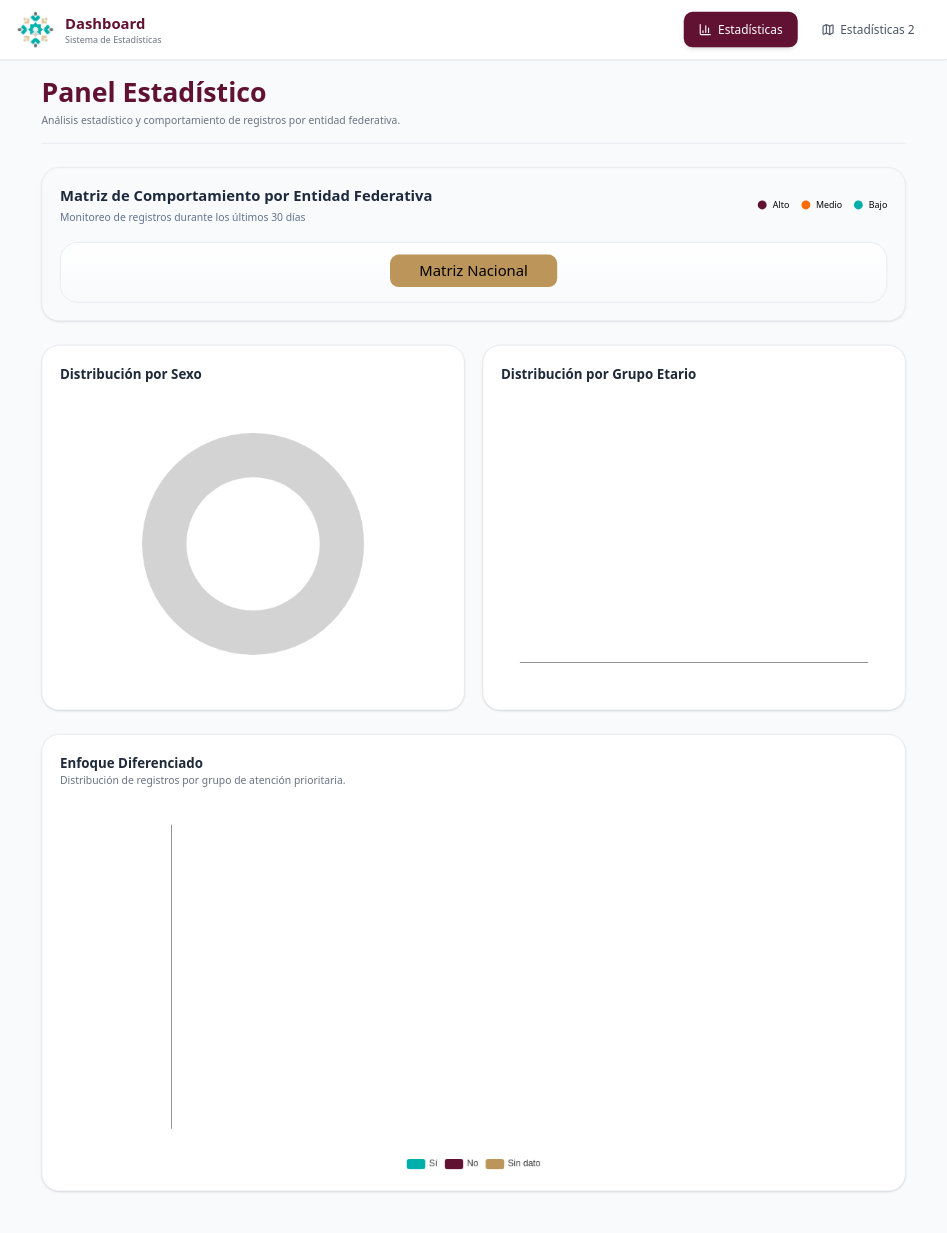
Repository: jesus890/semaforo-cinepolis
Page: /estadisticas
These files come from the project's save history. The page is drawn as it stood at one moment and after the next save; the edit follows.
The browser window is 1280 px wide. The pictures show the whole page, at 74% of full size.
The page's requests for data from a server got no answer. The project was rebuilt for these pictures with package versions that can differ from the ones it lists, and the page was loaded fresh each time. No one was signed in, and anything a server would have sent is missing. Also part of the build but not shown: vite.config.ts, src/pages/EstadisticasDosPage.tsx.

Above is the page before, as saved 2026-06-04 13:45:07.

### index.html
<!doctype html>
<html lang="en">
  <head>
    <meta charset="UTF-8" />
    <link rel="icon" type="image/svg+xml" href="/favicon.svg" />
    <meta name="viewport" content="width=device-width, initial-scale=1.0" />
    <title>Estadistica Alertamiento | RNPNDO</title>
  </head>
  <body>
    <div id="root"></div>
    <script type="module" src="/src/main.tsx"></script>
  </body>
</html>

### src/App.tsx
import AppRouter from "./router/AppRouter";

function App() {
    return <AppRouter />;
}

export default App;

### src/router/AppRouter.tsx
import {BrowserRouter,Routes,Route,Navigate,} from "react-router-dom";

import DashboardLayout from "../layouts/DashboardLayout";
import EstadisticasPage from "../pages/EstadisticaPage";
import EstadisticasDosPage from "../pages/EstadisticasDosPage";



export default function AppRouter() {

    return (
        <BrowserRouter>
            <Routes>
                <Route path="/" element={<DashboardLayout/>}>
                    <Route index element={<Navigate to="/estadisticas"/>}/>
                    <Route path="estadisticas" element={<EstadisticasPage />}/>
                    <Route path="estadisticas-2" element={<EstadisticasDosPage />}/>
                </Route>
            </Routes>
        </BrowserRouter>
    );
}

### src/layouts/DashboardLayout.tsx
import { Outlet } from "react-router-dom";

import Header from "../components/Dashboard/navigation/Header";

export default function DashboardLayout() {

    return (
        <div className="min-h-screen bg-slate-50">
            <Header />
            <main className="p-6">
                <Outlet />
            </main>
        </div>

    );
}

### src/components/Dashboard/navigation/Header.tsx
import { NavLink } from "react-router-dom";

import { BarChart3, Map, } from "lucide-react";
import logoSystem from "../../../assets/CNB.png";

export default function Header() {

    const menu = [
        {
            label: "Estadísticas",
            icon: BarChart3,
            path: "/estadisticas",
        },
        {
            label: "Estadísticas 2",
            icon: Map,
            path: "/estadisticas-2",
        },
    ];

    return (

        <header className="sticky top-0 z-50 bg-white border-b border-gray-200 shadow-sm">

            <div className="h-20 px-6 flex items-center justify-between max-w-[1800px] mx-auto">

                {/* Logo */}
                <div className="flex items-center gap-4">

                    <img src={logoSystem} alt="Logo" className="h-12 w-auto object-contain" />

                    <div>

                        <h1 className="text-xl font-bold text-[#611232]">
                            Dashboard
                        </h1>

                        <p className="text-xs text-gray-500">
                            Sistema de Estadísticas
                        </p>

                    </div>

                </div>

                {/* Menú */}
                <nav className="flex items-center gap-3">

                    {menu.map((item) => {

                        const Icon = item.icon;

                        return (

                            <NavLink
                                key={item.path}
                                to={item.path}
                                className={({
                                    isActive,
                                }) =>
                                    `
                                    flex
                                    items-center
                                    gap-2
                                    px-5
                                    py-3
                                    rounded-xl
                                    font-medium
                                    transition-all

                                    ${isActive
                                        ? "bg-[#611232] text-white shadow-md"
                                        : "text-gray-600 hover:bg-gray-100"
                                    }
                                `
                                }
                            >

                                <Icon
                                    size={18}
                                />

                                {item.label}

                            </NavLink>
                        );
                    })}

                </nav>

            </div>

        </header>
    );
}

### src/components/Dashboard/heatmap/HeatmapTable.tsx
import { useMemo } from "react";

import type { HeatmapRow } from "../../../types/dashboard.types";

interface Props {
    rows: HeatmapRow[];
    level: "estado" | "municipio";
    onRowClick?: (estadoId: number) => void;
    onCellClick?: (
        data: {
            estadoId: number;
            municipioId: number;
            fecha: string;
        }
    ) => void;
}

export default function HeatmapTable({ rows, level, onRowClick, onCellClick, }: Props) {

    const dates = useMemo(() => {
        if (!rows.length) return [];

        return rows[0].values.map(
            value => value.day
        );
    }, [rows]);

    const getColor = (estatus: string) => {
        switch (estatus?.toLowerCase()) {
            case "rojo":
                return "bg-[#611232]";
            case "naranja":
                return "bg-orange-500";
            case "verde":
                return "bg-[#00AFAA]";
            default:
                return "bg-slate-200";
        }
    };

    return (
        <div className="overflow-auto rounded-3xl border border-slate-200 bg-gradient-to-b from-white to-slate-50 p-4">

            {
                level == "estado" ? (
                    <div className="flex justify-center">
                        <div className="bg-[#BC955B] px-10 py-2 rounded-xl">
                            <p className="text-semibold text-xl" >Matriz Nacional</p>
                        </div>
                    </div>
                ) : (
                    <p></p>
                )
            }

            <table className="border-separate min-w-max">

                <thead>
                    <tr>
                        <th className="sticky left-0 z-20 min-w-[240px]"></th>

                        {dates.map(date => (

                            <th
                                key={date}
                                className="h-28 min-w-[42px] align-bottom"
                            >

                                <div className="-rotate-45 origin-bottom-left whitespace-nowrap text-[10px] font-medium text-slate-500">
                                    {date}
                                </div>

                            </th>

                        ))}

                    </tr>

                </thead>

                <tbody className="divide-y divide-slate-100">

                    {rows.map(row => (

                        <tr key={row.id} className="border-b border-slate-100">

                            <td className="sticky left-0 z-10 bg-white pr-4">

                                <button
                                    onClick={() => onRowClick?.(row.estadoId)}
                                    className="group flex tems-center gap-3 text-left transition-all cursor-pointer"
                                >
                                    <div className="h-2.5 w-2.5 rounded-full bg-[#000]" />
                                    <span className="text-sm font-semibold text-slate-700 group-hover:text-[#611232]">
                                        {row.name}
                                    </span>

                                </button>

                            </td>

                            {row.values.map(
                                value => (

                                    <td
                                        key={value.day}
                                    >

                                        <button
                                            onClick={() =>
                                                onCellClick?.({ estadoId: value.estadoId, municipioId: value.municipioId, fecha: value.day })
                                            }
                                            title={`${value.total} registros`}
                                            className={`
                                                flex
                                                h-8
                                                w-8
                                                items-center
                                                justify-center
                                                rounded-xl
                                                text-[11px]
                                                font-semibold
                                                text-white
                                                transition-all
                                                duration-200
                                                hover:scale-110
                                                hover:shadow-xl
                                                hover:ring-2
                                                hover:ring-offset-2
                                                hover:ring-[#611232]
                                                cursor-pointer
                                                ${getColor(value.estatus)}
                                            `}
                                        >
                                            {value.total > 0
                                                ? value.total
                                                : ""}
                                        </button>

                                    </td>

                                )
                            )}

                        </tr>

                    ))}

                </tbody>

            </table>

        </div>
    )

}

### src/components/Dashboard/charts/SexoChart.tsx
import ReactECharts from "echarts-for-react";
import { Colors } from "../../../constants/colors";

interface SexoItem {
    categoria: string;
    total: number;
}

interface Props {
    sexo?: SexoItem[];
}

export default function SexoChart({ sexo = [] }: Props) {

    const getColor = (categoria: string) => {

        switch (categoria.toUpperCase()) {

            case "HOMBRE":
                return Colors.rojito;

            case "MUJER":
                return Colors.verdecito;

            default:
                return Colors.oro;
        }
    };

    const data = sexo.map(item => ({
        value: item.total,
        name:
            item.categoria.charAt(0) +
            item.categoria.slice(1).toLowerCase(),

        itemStyle: {
            color: getColor(item.categoria),
        },
    }));

    const option = {
        tooltip: {
            trigger: "item",
        },

        legend: {
            bottom: 0,
        },

        series: [
            {
                type: "pie",
                radius: ["45%", "75%"],

                label: {
                    formatter: "{b}\n{c}",
                },

                data,
            },
        ],
    };

    return (
        <ReactECharts
            option={option}
            style={{
                height: "400px",
            }}
        />
    );
}

### src/services/dashboard.service.ts
import { apiRequest } from "../lib/api";
import { axiosInstance } from "../lib/axios";

export const GetEntidadesByAlertaTable = () =>
    apiRequest<any>(
        axiosInstance.get(`/api/Alertas`)
    );

export const GetEntidadesByAlertaTableEstado = (idEstado: any) =>
    apiRequest<any>(
        axiosInstance.get(`/api/Alertas/alertas-entidad`, {
            params: {
                idEstado,
            },
        })
    );

export const GetTotalesIncremento = (estado_id: any, municipio_id: any) =>
    apiRequest<any>(
        axiosInstance.get(`/api/Alertas/incremento-desaparecidos`)
    );

### src/components/Dashboard/charts/EdadChart.tsx
import ReactECharts from "echarts-for-react";
import { Colors } from "../../../constants/colors";

interface GrupoEtarioItem {
  categoria: string;
  total: number;
}

interface Props {
  grupoEtario?: GrupoEtarioItem[];
}

export default function EdadChart({
  grupoEtario = [],
}: Props) {

  const getColor = (
    categoria: string
  ) => {

    switch (
    categoria.toUpperCase()
    ) {

      case "MENOR DE EDAD":
        return Colors.verdecito;

      case "MAYOR DE EDAD":
        return Colors.rojito;

      case "ADULTO MAYOR":
        return Colors.oro;

      default:
        return "#4F46E5";
    }
  };

  const categories =
    grupoEtario.map(
      item => item.categoria
    );

  const data =
    grupoEtario.map(
      item => ({
        value: item.total,

        itemStyle: {
          color: getColor(
            item.categoria
          ),
        },
      })
    );

  const option = {
    tooltip: {
      trigger: "axis",
    },

    grid: {
      left: "5%",
      right: "5%",
      bottom: "10%",
      containLabel: true,
    },

    xAxis: {
      type: "category",

      data: categories,

      axisLabel: {
        interval: 0,
        rotate: 0,
      },
    },

    yAxis: {
      type: "value",
    },

    series: [
      {
        type: "bar",

        barWidth: 70,

        borderRadius: [
          8,
          8,
          0,
          0,
        ],

        data,
      },
    ],
  };

  return (
    <ReactECharts
      option={option}
      style={{
        height: "400px",
      }}
    />
  );
}

### src/components/Dashboard/charts/EnfoqueChart.tsx
import ReactECharts from "echarts-for-react";
import { Colors } from "../../../constants/colors";

interface EnfoqueDetalle {
  categoria: string;
  total: number;
}

interface EnfoqueItem {
  grupo: string;
  detalle: EnfoqueDetalle[];
}

interface Props {
  enfoqueDiferenciado?: EnfoqueItem[];
}

export default function EnfoqueChart({
  enfoqueDiferenciado = [],
}: Props) {

  const normalize = (
    value: string
  ) => {

    const v =
      value
        ?.trim()
        .toUpperCase();

    if (v === "SI")
      return "SI";

    if (v === "NO")
      return "NO";

    return "SIN DATO";
  };

  const groups =
    enfoqueDiferenciado.map(
      item => {

        switch (
        item.grupo
        ) {

          case "TIENEDISCAPACIDAD":
            return "Discapacidad";

          case "HABLAESPANIOL":
            return "Habla Español";

          case "LENGUA":
            return "Lengua";

          case "ESMIGRANTE":
            return "Migrante";

          default:
            return item.grupo;
        }
      }
    );

  const siData =
    enfoqueDiferenciado.map(
      grupo =>
        grupo.detalle
          .filter(
            x =>
              normalize(
                x.categoria
              ) === "SI"
          )
          .reduce(
            (
              acc,
              item
            ) =>
              acc +
              item.total,
            0
          )
    );

  const noData =
    enfoqueDiferenciado.map(
      grupo =>
        grupo.detalle
          .filter(
            x =>
              normalize(
                x.categoria
              ) === "NO"
          )
          .reduce(
            (
              acc,
              item
            ) =>
              acc +
              item.total,
            0
          )
    );

  const sinDatoData =
    enfoqueDiferenciado.map(
      grupo =>
        grupo.detalle
          .filter(
            x =>
              normalize(
                x.categoria
              ) ===
              "SIN DATO"
          )
          .reduce(
            (
              acc,
              item
            ) =>
              acc +
              item.total,
            0
          )
    );

  const option = {

    tooltip: {
      trigger: "axis",
      axisPointer: {
        type: "shadow",
      },
    },

    legend: {
      bottom: 0,
    },

    grid: {
      left: 150,
      right: 30,
      top: 30,
      bottom: 60,
    },

    xAxis: {
      type: "value",
    },

    yAxis: {
      type: "category",
      data: groups,
    },

    series: [
      {
        name: "Sí",
        type: "bar",
        stack: "total",

        label: {
          show: true,
        },

        itemStyle: {
          color:
            Colors.verdecito,
        },

        data: siData,
      },

      {
        name: "No",
        type: "bar",
        stack: "total",

        label: {
          show: true,
        },

        itemStyle: {
          color:
            Colors.rojito,
        },

        data: noData,
      },

      {
        name: "Sin dato",
        type: "bar",
        stack: "total",

        label: {
          show: true,
        },

        itemStyle: {
          color:
            Colors.oro,
        },

        data: sinDatoData,
      },
    ],
  };

  return (
    <ReactECharts
      option={option}
      style={{
        height: "500px",
      }}
    />
  );
}

### src/components/Dashboard/Loader/Loader.tsx
import imageCNB from "../../../assets/CNB.png";

interface LoaderProps {
    text?: string;
}

export default function LoaderStyled({text = "Cargando información..."}: LoaderProps) {
    return (
        <div
            className="w-full h-full min-h-[320px] flex flex-col justify-center items-center gap-6 px-6 py-10"
        >
            <div className="relative flex items-center justify-center">
                <div
                    className="absolute w-32 h-32 rounded-full bg-[#00AFAA]/20 blur-3xl animate-pulse"
                />

                <div
                    className="absolute w-28 h-28 rounded-full border-[5px] border-[#00AFAA]/20 border-t-[#00AFAA] animate-spin"
                />

                <div
                    className="relative w-20 h-20 rounded-full overflow-hidden bg-white shadow-2xl border-4 border-white animate-pulse"
                >
                    <img
                        src={imageCNB}
                        alt="Loader"
                        className="object-cover"
                    />
                </div>
            </div>

            <div className="text-center space-y-2">
                <h3
                    className="text-lg sm:text-xl font-black text-[#4A0015] tracking-wide"
                >
                    {text}
                </h3>

                <p
                    className="text-sm text-slate-500 max-w-md leading-relaxed"
                >
                    Espere un momento mientras se procesa y
                    visualiza la información solicitada.
                </p>
            </div>
        </div>
    );
}

### src/constants/colors.ts
export const Colors = {
    rojito: "#611232",
    verdecito: "#00AFAA",
    oro: "#BC955B",
    grisito: "#E8E8E8",
    grisote: "#D2D3D3",
    text: "#5A5A5A",
};

### src/lib/api.ts
import axios from "axios";

export async function apiRequest<T>(
  promise: Promise<{ data: T }>
): Promise<T> {
  try {
    const { data } = await promise;
    return data;
  } catch (error) {
    if (axios.isAxiosError(error)) {
      const response = error.response;

      const message =
        response?.data?.message ||
        response?.data?.error ||
        response?.data?.msg ||
        "Error en la petición";

      throw new Error(message);
    }

    throw new Error("Error inesperado");
  }
}

### src/lib/axios.ts
import axios from "axios";

export const axiosInstance = axios.create({
  baseURL: import.meta.env.VITE_API_URL,
});

Loaded but not shown: src/main.tsx (common file); src/index.css (common file); src/pages/EstadisticaPage.tsx (216 lines, source omitted)

After the next save:
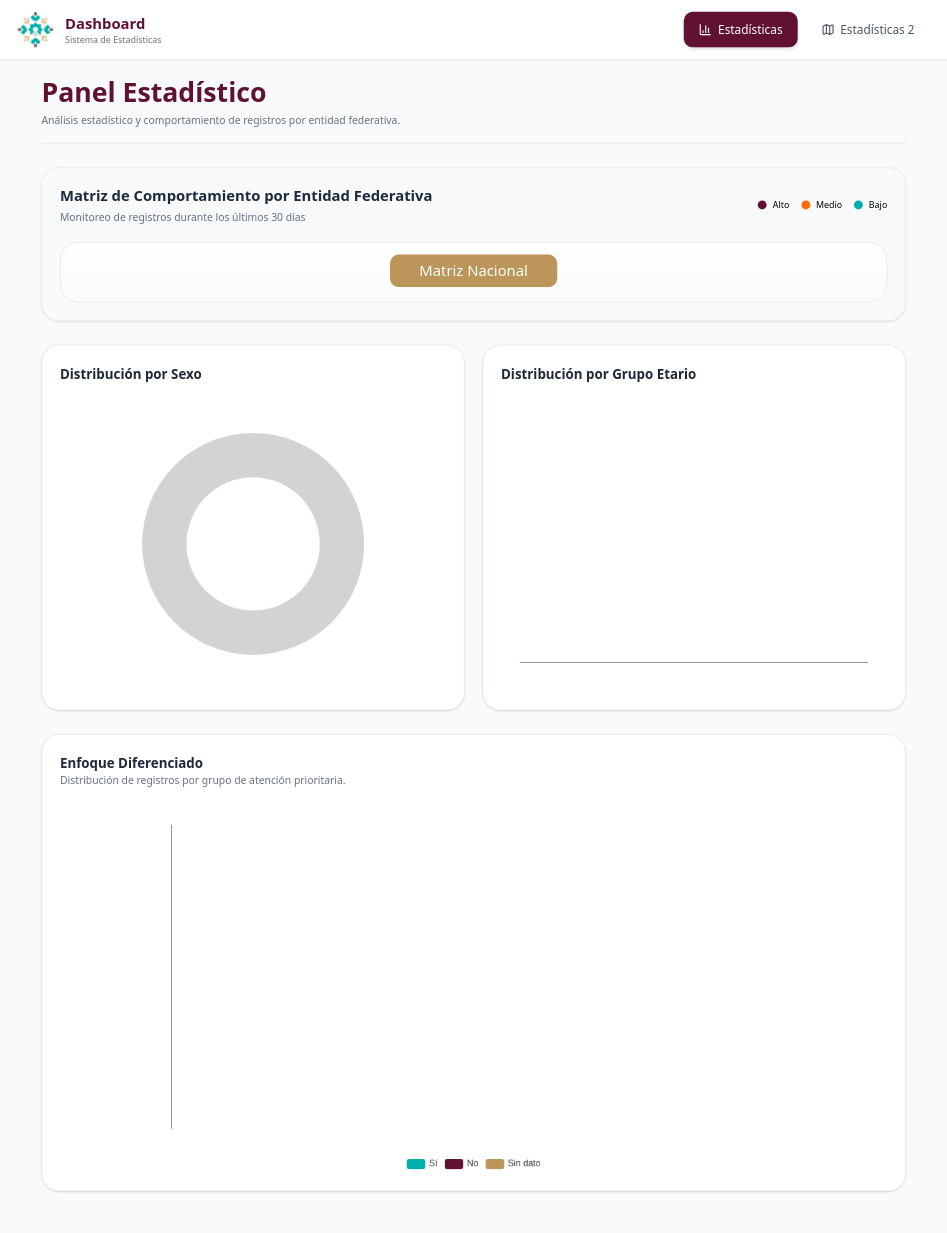
Saved 8 s later.
--- a/src/components/Dashboard/heatmap/HeatmapTable.tsx
+++ b/src/components/Dashboard/heatmap/HeatmapTable.tsx
@@ -45,7 +45,7 @@
                 level == "estado" ? (
                     <div className="flex justify-center">
                         <div className="bg-[#BC955B] px-10 py-2 rounded-xl">
-                            <p className="text-semibold text-xl" >Matriz Nacional</p>
+                            <p className="text-semibold text-xl text-white" >Matriz Nacional</p>
                         </div>
                     </div>
                 ) : (
